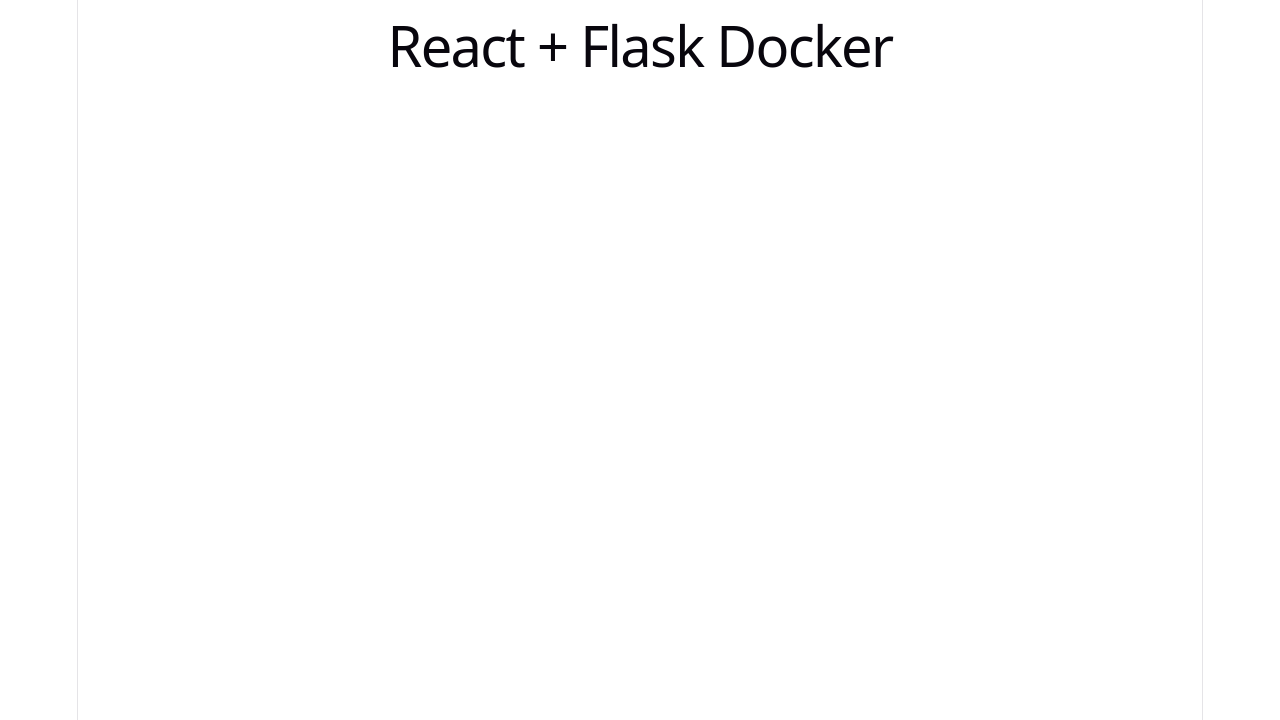
Repository: lgitacc01/timekeeping
Page: / (app in frontend/)
The author's editor kept a copy of each file at every save. The page is drawn from the files as they stood at one save, then again after the next save.
The browser window is 1280 px wide. The pictures show the whole page.
The page's requests for data from a server got no answer. The project was rebuilt for these pictures with package versions that can differ from the ones it lists, and the page was loaded fresh each time. No one was signed in, and anything a server would have sent is missing. Also part of the build but not shown: frontend/vite.config.js.

Above is the page before, as saved 2026-05-25 20:45:12.

After the next save:
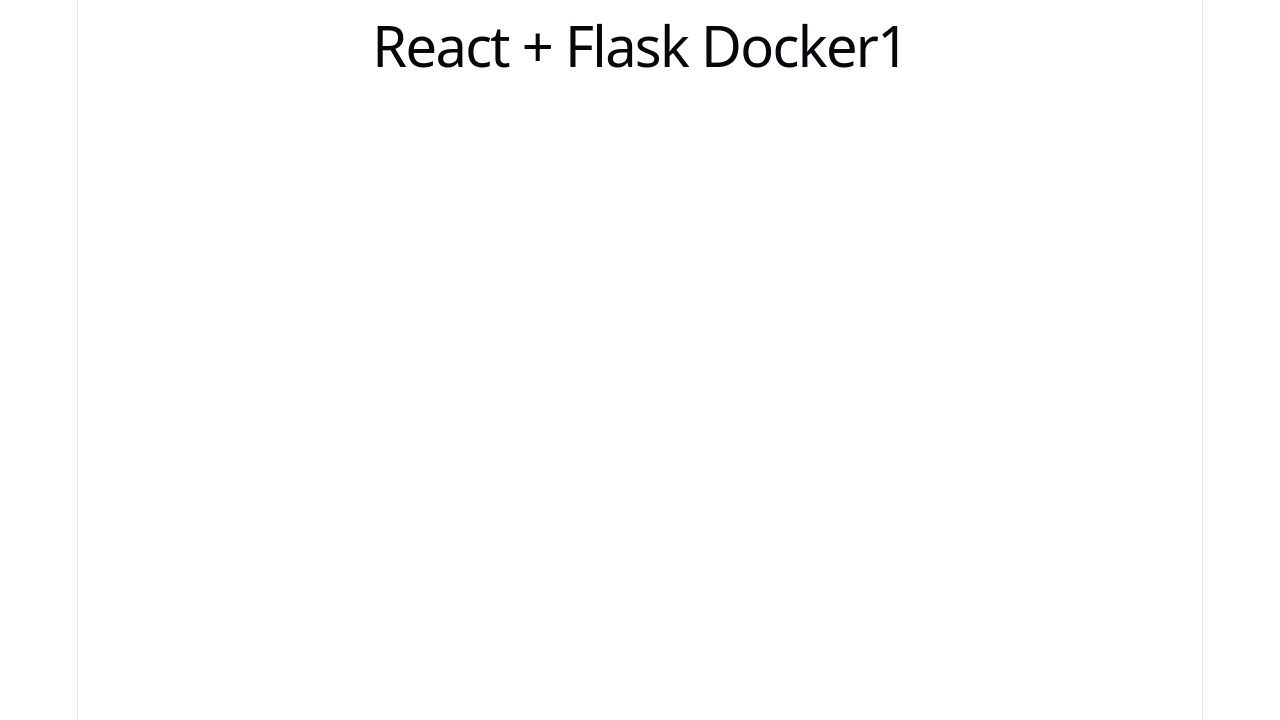
Saved 6 min 35 s later.
--- a/frontend/src/App.jsx
+++ b/frontend/src/App.jsx
@@ -11,7 +11,7 @@
 
   return (
     <div>
-      <h1>React + Flask Docker</h1>
+      <h1>React + Flask Docker1</h1>
       <p>{msg}</p>
     </div>
   );
